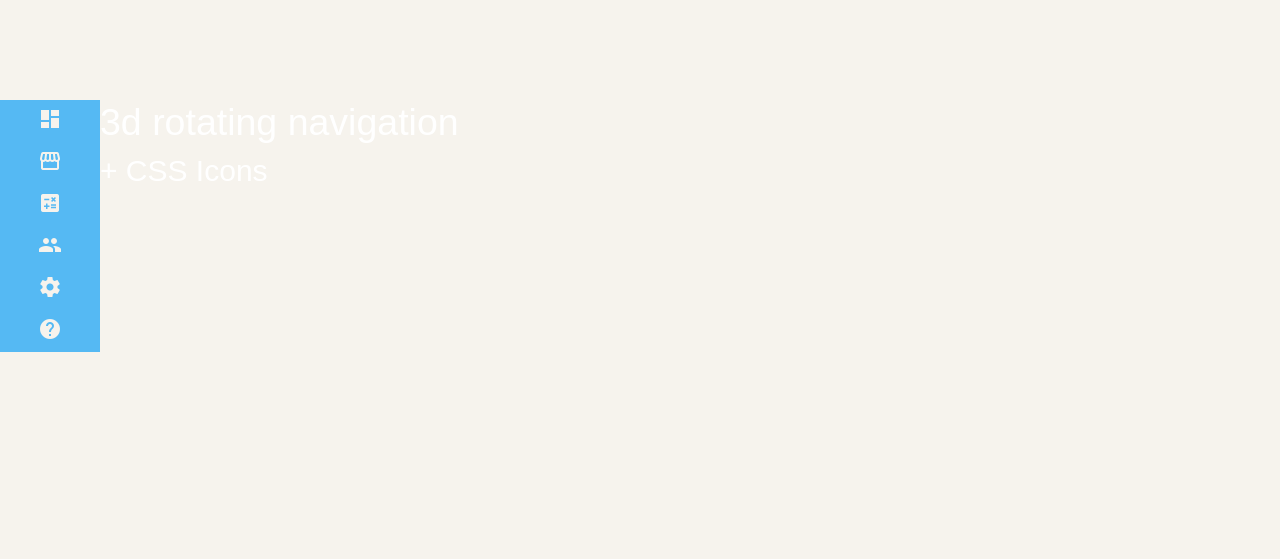
Repository: latenightsnacc/AllinOne
Page: Design/dashboard.html
The author's editor kept a copy of each file at every save. The page is drawn from the files as they stood at one save, then again after the next save.
The browser window is 1280 px wide. The pictures show the whole page.
The style sheet was rebuilt from its Sass, Less or Tailwind sources for each picture, by a compiler version that may differ from the author's.

Above is the page before, as saved 2020-09-16 16:59:07.

After the next save:
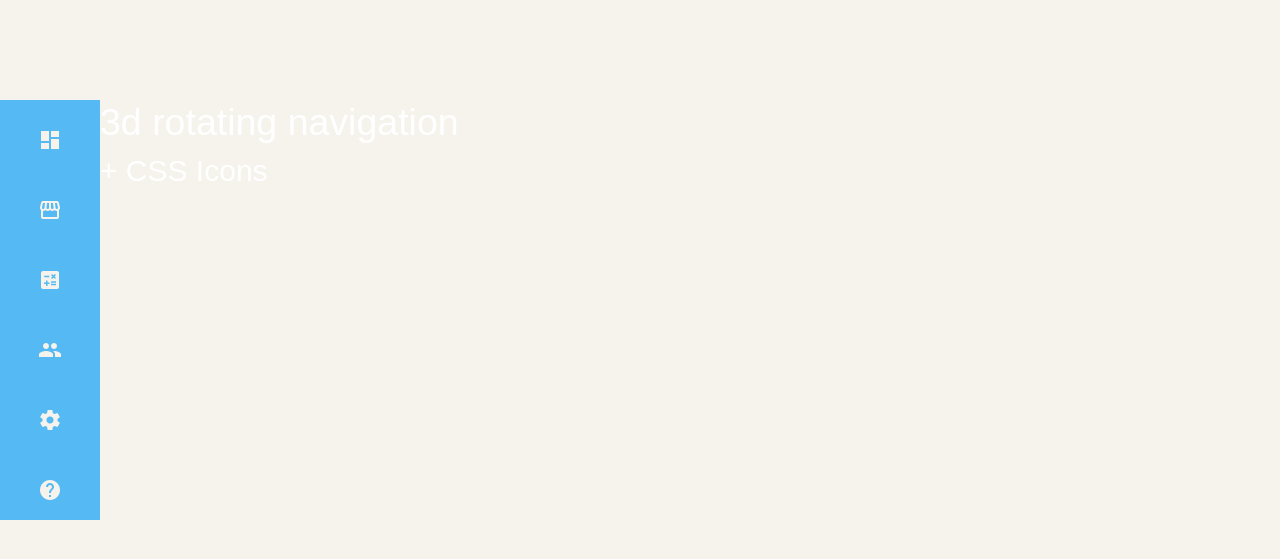
Saved 9 s later.
--- a/Design/sidebar.scss
+++ b/Design/sidebar.scss
@@ -26,7 +26,7 @@ body {
 }
 a.sidebar-icon {
     color: $grey;
-    font-size: 30px;
+    font-size: 50px;
 }
 .side-bar {
   float: left;
